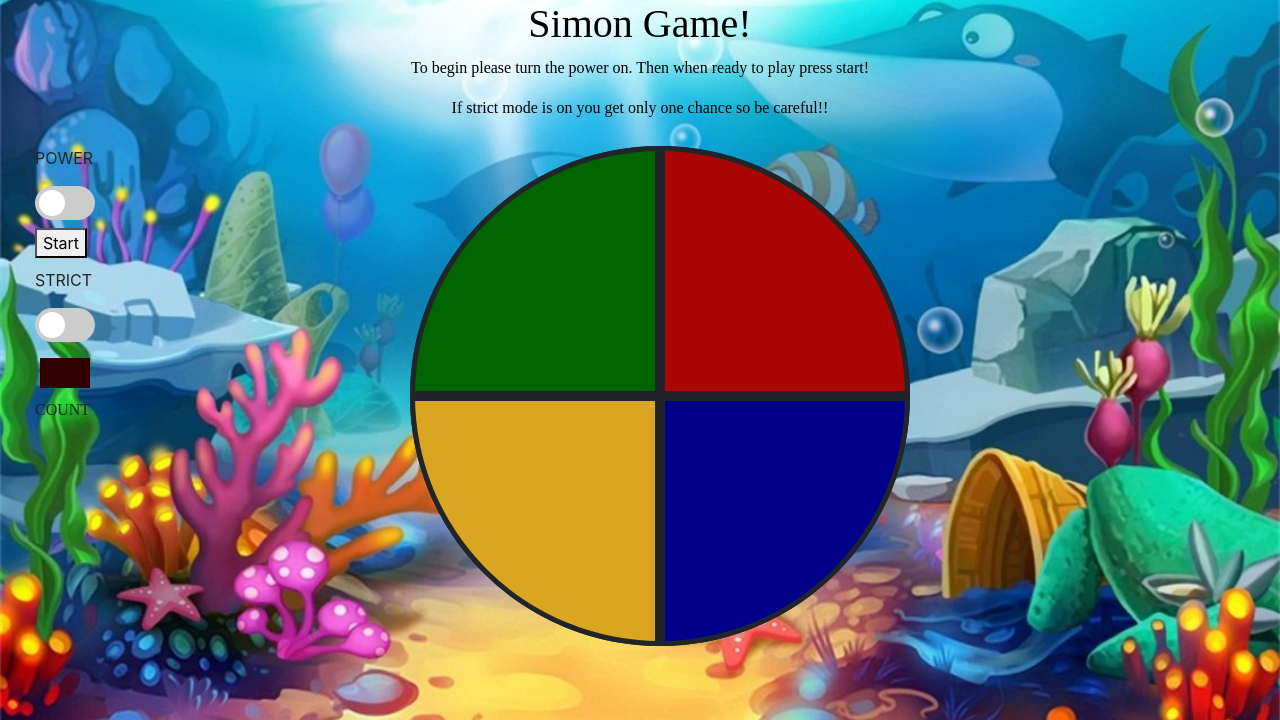
Repository: chrisoc19/SimonSays
Page: index.html
The author's editor kept a record of every edit. The page is drawn from the files as they stood at one moment, then again after the next edit.
The browser window is 1280 px wide. The pictures show the whole page.
Some web fonts or font styles are not loaded; a fallback is used.

Above is the page before.

After the next edit:
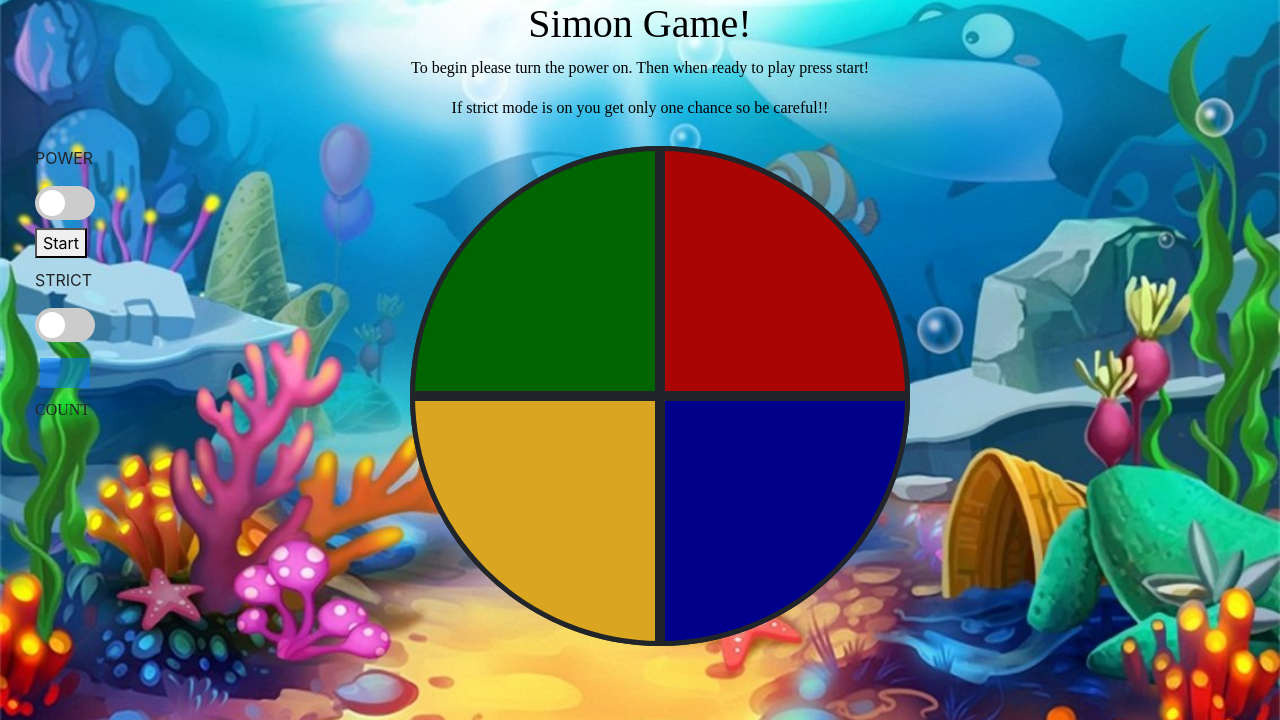
The edit:
--- a/css/style.css
+++ b/css/style.css
@@ -145,7 +145,8 @@
 
 #turn {
   position: absolute;
-  background: #330000;
+  background: rgba(0,123,255,.5);
+  /*background: #330000;*/
   color: red;
   font-family: courier;
   font-size: 20px;
